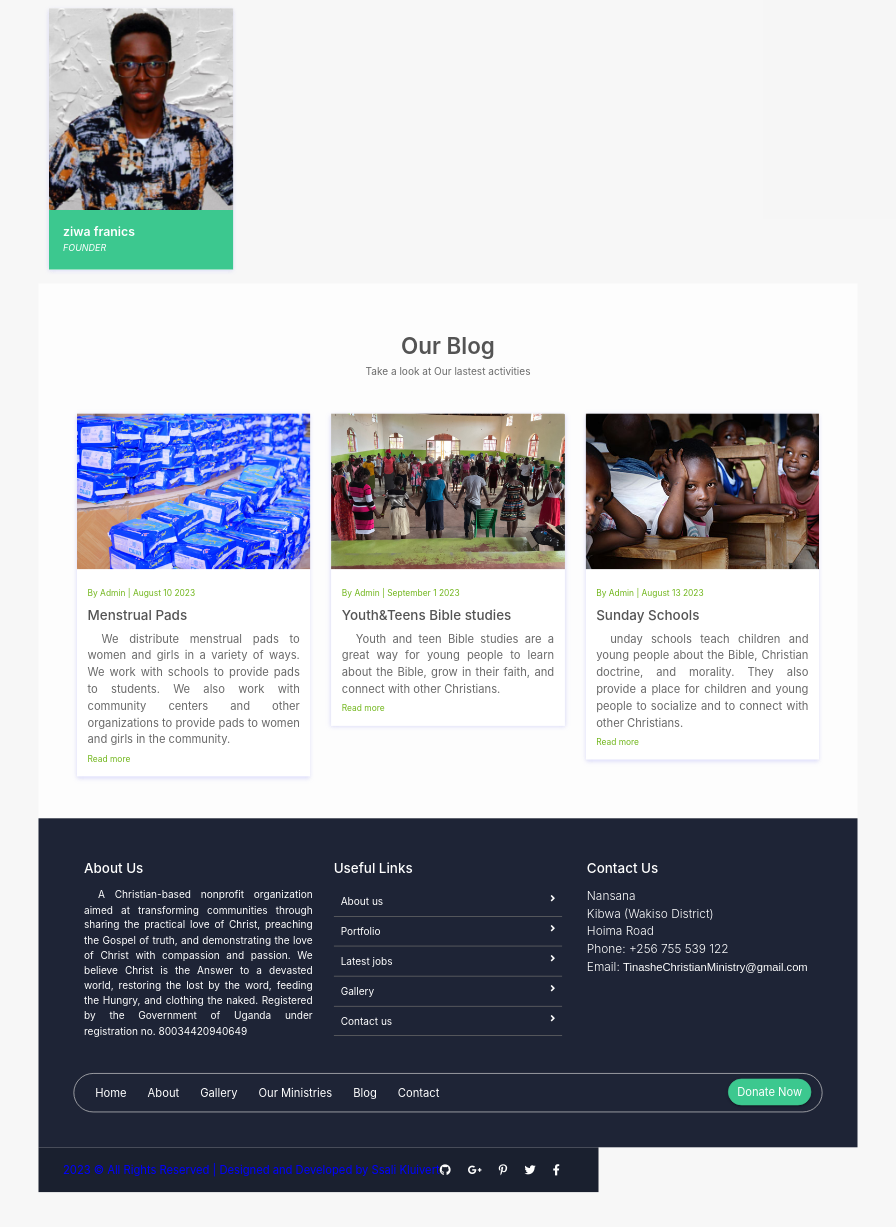
Repository: kluivert-ssali/Zziwa
Page: index.html
The author's editor kept a copy of each file at every save. The page is drawn from the files as they stood at one save, then again after the next save.
The browser window is 1280 px wide. The pictures show the part of the page from y = 3680 to 5600 px (the page is 5433 px tall before and 5600 px after), at 70% of full size.
Backgrounds fixed to the window are drawn as part of the page.

Above is the page before, as saved 2023-11-27 21:53:31.

After the next save:
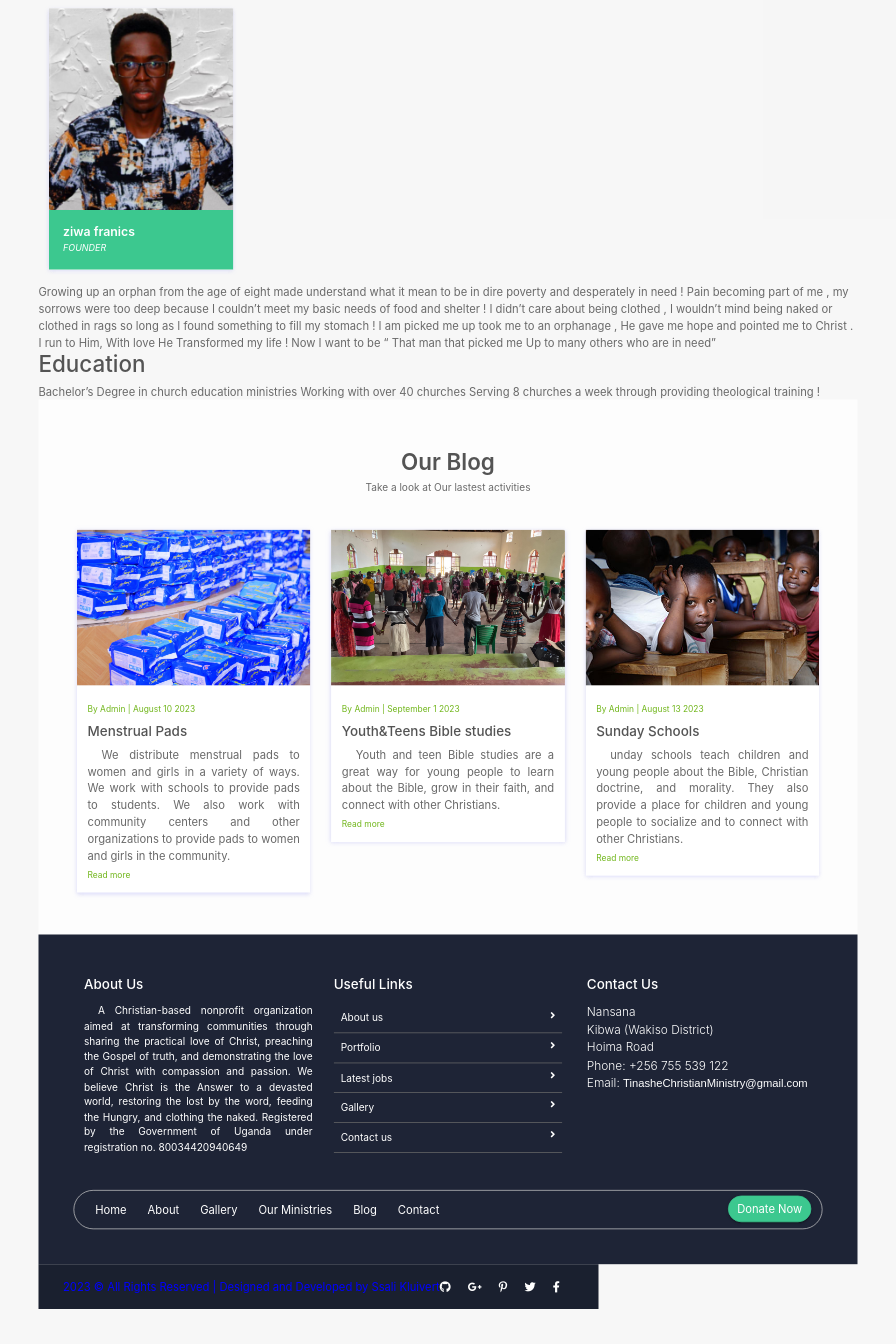
Saved 2 min 15 s later.
--- a/index.html
+++ b/index.html
@@ -402,6 +402,17 @@
               </div>
             </div>
           </div>
+          <div>
+            <p>Growing up an orphan from the age of eight made understand what it mean to be in dire poverty and desperately in need ! Pain becoming part of me , my sorrows were too deep because I couldn’t meet my basic needs of food and shelter !
+              I didn’t care about being clothed , I wouldn’t mind being naked or clothed in rags so long as I found something to fill my stomach !
+              I am picked me up took me to an orphanage , He gave me hope and pointed me to Christ .
+              I run to Him, With love He Transformed my life ! Now I want to be “ That man that picked me Up to many others who are in need”
+              </p>
+              <h2>Education</h2>
+              <p>Bachelor’s Degree in church education ministries
+                Working with over 40 churches
+                Serving 8 churches a week through providing theological training ! </p>
+          </div>
 
           <!-- <div class="col-md-3 col-sm-6">
             <div class="single-usr">
